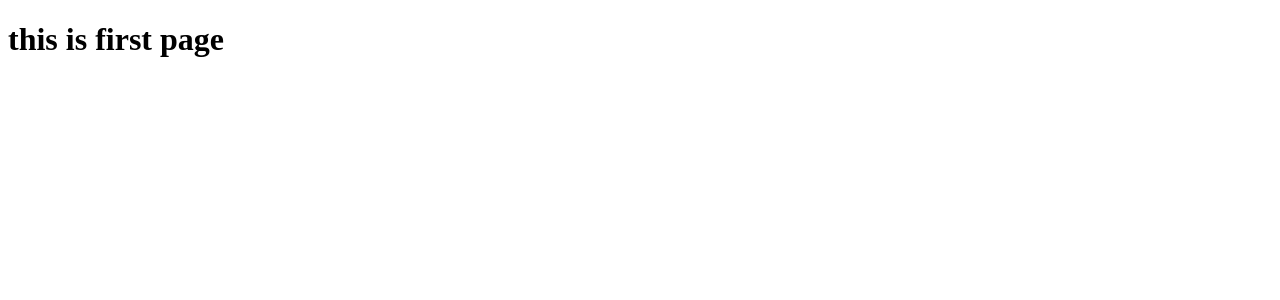
Repository: vkashsolanki/ORM-based-Java
Page: ECommerceProject/MyKart/src/main/webapp/index.html
The author's editor kept a copy of each file at every save. The page is drawn from the files as they stood at one save, then again after the next save.
The browser window is 1280 px wide. The pictures show the whole page.

Above is the page before, as saved 2023-05-01 15:06:42.

### ECommerceProject/MyKart/src/main/webapp/index.html
<!DOCTYPE html>
<html>
<head>
<meta charset="ISO-8859-1">
<title>Home:Page</title>

</head>

<body>
<h1 class="container" text-primary id="hname">this is first page</h1>
</body>
</html>

After the next save:
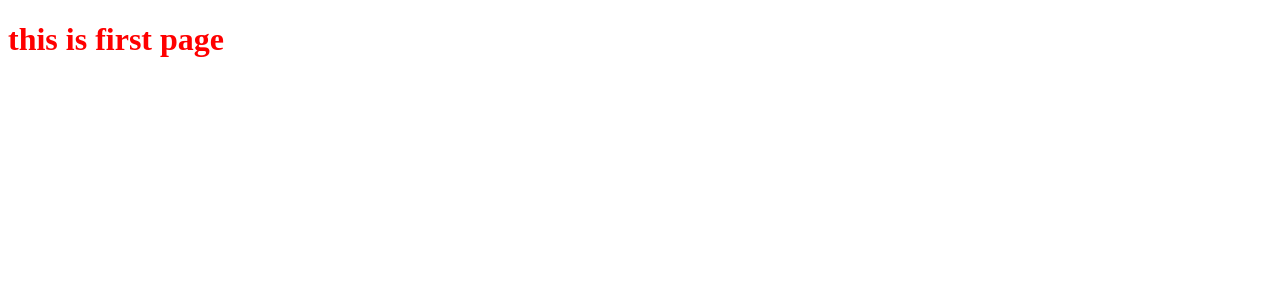
Saved 32 s later.
--- a/ECommerceProject/MyKart/src/main/webapp/index.html
+++ b/ECommerceProject/MyKart/src/main/webapp/index.html
@@ -7,6 +7,6 @@
 </head>
 
 <body>
-<h1 class="container" text-primary id="hname">this is first page</h1>
+<h1 class="container" text-primary id="hname" style ="color: red">this is first page</h1>
 </body>
 </html>
